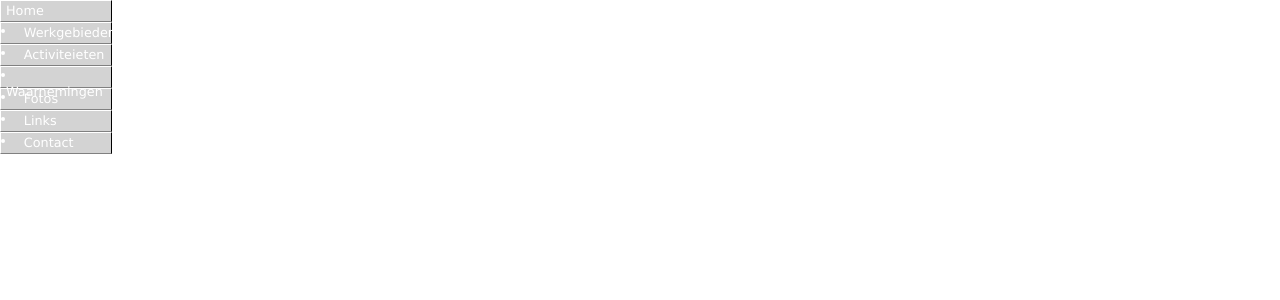
Repository: wimkok/diverse-testjes
Page: VWG/menu.html
The author's editor kept a record of every edit. The page is drawn from the files as they stood at one moment, then again after the next edit.
The browser window is 1280 px wide. The pictures show the whole page.

Above is the page before.

After the next edit:
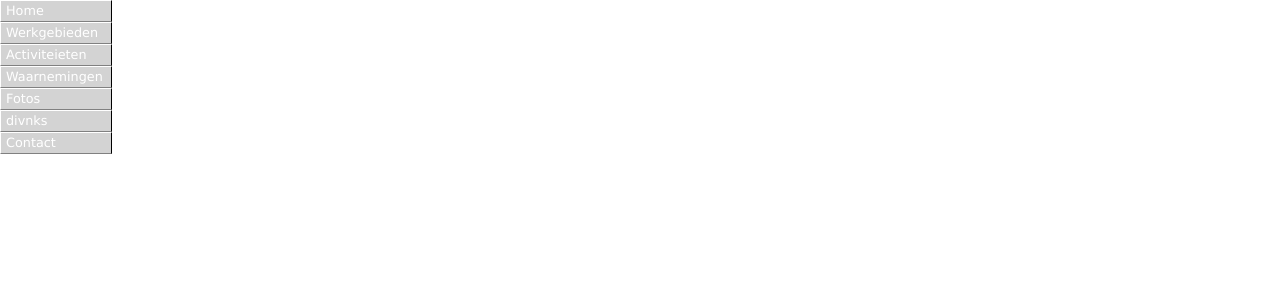
The edit:
--- a/VWG/menu.html
+++ b/VWG/menu.html
@@ -6,11 +6,11 @@
 </head>
 <body>
     <div class='menu-item'><a href="index.html">Home</a></div>
-    <li class='menu-item'><a href="werkgebied.htm">Werkgebieden</a></li>
-    <li class='menu-item'><a href="intro.htm">Activiteieten</a></li>
-    <li class='menu-item'><a href="waarneming.htm">Waarnemingen</a></li>
-    <li class='menu-item'><a href="foto1.htm">Fotos</a></li>
-    <li class='menu-item'><a href="links.htm">Links</a></li>
-    <li class='menu-item'><a href="contact.htm">Contact</a></li>
+    <div class='menu-item'><a href="werkgebied.htm">Werkgebieden</a></div>
+    <div class='menu-item'><a href="intro.htm">Activiteieten</a></div>
+    <div class='menu-item'><a href="waarneming.htm">Waarnemingen</a></div>
+    <div class='menu-item'><a href="foto1.htm">Fotos</a></div>
+    <div class='menu-item'><a href="divnks.htm">divnks</a></div>
+    <div class='menu-item'><a href="contact.htm">Contact</a></div>
 </body>
 </html>
